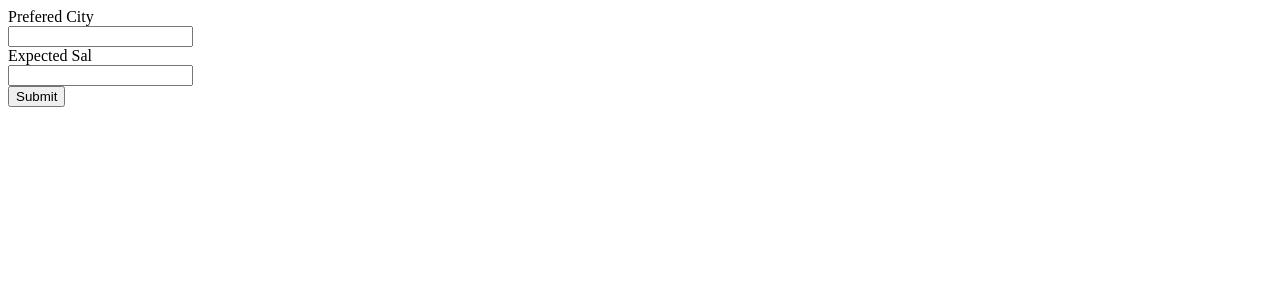
Repository: mnarendra333/batch21_WE
Page: HttpSessionWithCookies/WebContent/form2.html
The author's editor kept a copy of each file at every save. The page is drawn from the files as they stood at one save, then again after the next save.
The browser window is 1280 px wide. The pictures show the whole page.

Above is the page before, as saved 2019-02-17 06:54:40.

After the next save:
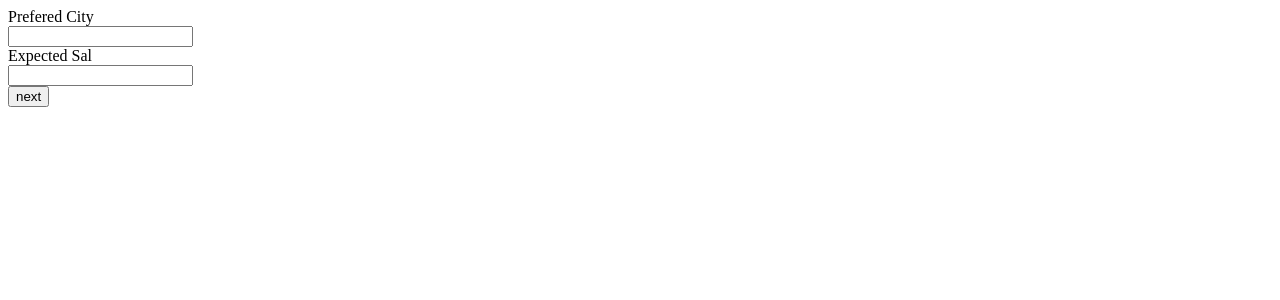
Saved 9 s later.
--- a/HttpSessionWithCookies/WebContent/form2.html
+++ b/HttpSessionWithCookies/WebContent/form2.html
@@ -13,7 +13,7 @@
 				<div><input type="number" name="sal"></div>
 			</div>
 			<div>
-				<div><input type="submit" name="sal"></div>
+				<div><input type="submit" value="next"></div>
 			</div>
 
 	</div>
